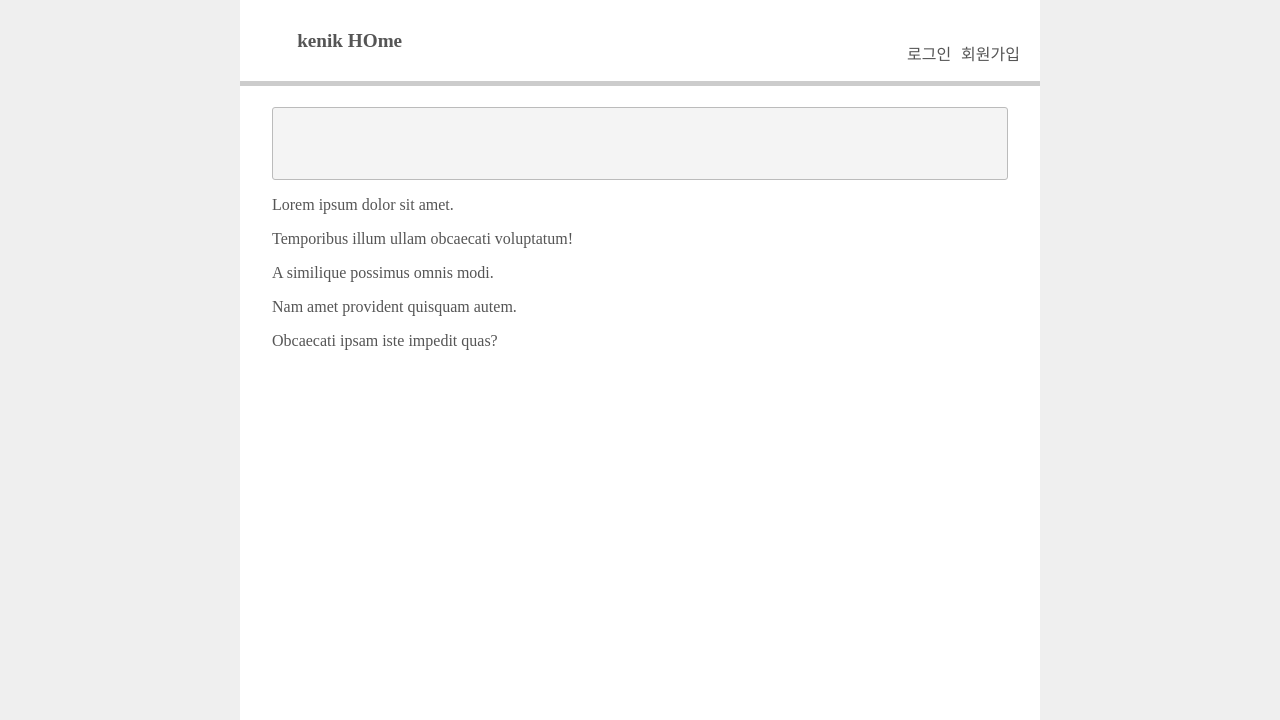
Repository: Deneb0000/WebClass
Page: webPro/src/main/webapp/jquery/days10/ex02_02.html
An editor plug-in stored every save of this project. The page is shown before and after the next save, followed by the edit.
The browser window is 1280 px wide. The pictures show the whole page.
Some web fonts or font styles are not loaded; a fallback is used.

Above is the page before, as saved 2024-10-14 03:27:50.
Console error: SyntaxError: Unexpected string

### webPro/src/main/webapp/jquery/days10/ex02_02.html
<!DOCTYPE html>
<html>
<head>
<meta charset="UTF-8">
<title>Insert title here</title>
<link rel="shortcut icon" type="image/x-icon" href="http://localhost/webPro/images/SiSt.ico">
<script src="https://ajax.googleapis.com/ajax/libs/jquery/3.7.1/jquery.min.js"></script>
<meta name="viewport" content="width=device-width, initial-scale=1.0">
<link rel="stylesheet" href="http://localhost/webPro/resources/cdn-main/example.css">
<script src="http://localhost/webPro/resources/cdn-main/example.js"></script>
<style>
 span.material-symbols-outlined{
    vertical-align: text-bottom;
 }
</style>
</head>
<body>
<header>
  <h1 class="main"><a href="#" style="position: absolute;top:30px;">kenik HOme</a></h1>
  <ul>
    <li><a href="#">로그인</a></li>
    <li><a href="#">회원가입</a></li>
  </ul>
</header>
<div>
  <xmp class="code">

  </xmp>
  <p>Lorem ipsum dolor sit amet.</p>
  <p>Temporibus illum ullam obcaecati voluptatum!</p>
  <p>A similique possimus omnis modi.</p>
  <p>Nam amet provident quisquam autem.</p>
  <p>Obcaecati ipsam iste impedit quas?</p>
<script>
  /*
  $("p").css("border", "1px solid, red")
        .css("padding", "10px")
        */
  $("p").css({
    "border":"1px solid, red",
    "padding": "10px"
  })

  //첫번째 p태크에 배경색을 빨간색
  $("p:first").css("background-color", "red")''
</script>

</div>
</body>
</html>

### webPro/src/main/webapp/resources/cdn-main/example.css
@charset "UTF-8";

@import url('https://fonts.googleapis.com/css2?family=Material+Symbols+Outlined:opsz,wght,FILL,GRAD@20..48,100..700,0..1,-50..200');

@font-face {
    font-family: 'GmarketSansMedium';
    src: url('https://cdn.jsdelivr.net/gh/projectnoonnu/noonfonts_2001@1.1/GmarketSansMedium.woff') format('woff');
    font-weight: normal;
    font-style: normal;
}

:root {
	--text-color: #555;
	--sub-text-color: #777;
	--back-color: #EFEFEF;
	--header-color: #444;
	--primary-color: #DEDEDE;
	--secondary-color: #EFEFEF;
	--default-width: 800px;
	--narrow-width: 500px;
	--wide-width: 1200px;
	--text-font: 'GmarketSansMedium';
	--icon-font: 'Material Symbols Outlined';
	--border-color: #CCC;
}

html, body {
	margin: 0;
	padding: 0;
}

html {
	background-color: var(--back-color);
	display: flex;
	justify-content: center;
	min-height: 100vh;
}

body, body.default {
	width: var(--default-width);
	background-color: white;
	padding-bottom: 120px;
}

body.wide {
	width: var(--wide-width);
}

body.narrow {
	width: var(--narrow-width);
}



body, p, div, span, a, input, select, option, textarea, button, table, th, td, label, fieldset, legend {
	font-family: var(--text-font);
	color: var(--text-color);
}

h1, h2, h3 {
	font-family: var(--text-font);
	color: var(--header-color);
	padding: 0 1rem;
	padding-top: .5rem;
}

div > h1, div > h2, div > h3 {
	padding: 0;
}

body > div, body > main > div {
	padding: 0.3rem 1rem;
}


h1 { font-size: 2rem; border-bottom: 1px solid var(--border-color); }
h1 small { font-size: 1.2rem; color: var(--sub-text-color); }
h2 { font-size: 1.5rem; border-bottom: 1px dashed var(--border-color); }
h2 small { font-size: 1.1rem; color: --sub-text-color; }
h3 { font-size: 1.2rem; }
h3 small { font-size: 1rem; color: --sub-text-color; }



h1.main::before {
	font-family: var(--icon-font);
  	content: '\e666';
  	margin-right: 10px;
  	float: left;
	font-size: 2.5rem;
}

h1.sub::before {
	font-family: var(--icon-font);
  	content: '\ea19';
  	margin-right: 10px;
  	float: left;
	font-size: 2.5rem;
}


h1.page::before {
	font-family: var(--icon-font);
  	content: '\e0e0';
  	margin-right: 10px;
  	float: left;
	font-size: 2.5rem;
}

body > header > ul > li > .active{
	background-color: #FFF;
	color:#F00;
}

body > header {
	display: flex;
	justify-content: space-between;
	border-bottom: 5px solid var(--border-color);
	min-height: 74px;
	background-color: #FFF;
}

body > header.sticky {
	position: sticky;
	top: 0;
	z-index: 98;
}

body > header > h1 {
	font-size: 1.2rem;
	border: 0;
}

body > header.in > h1::before {
	font-family: var(--icon-font);
  	content: '\e332‥';
  	margin-right: 3px;
  	float: left;
	font-size: 2rem;
}


body > header > ul {
	list-style-type: none;
	display: flex;
	align-items: flex-end;
	margin-right: 10px;
}

body > header > ul > li {
	margin-right: 10px;
	cursor: pointer;
}

body > header > ul > li > a {
	cursor: pointer;
}


form {
	display: block;
}

form > div {
	padding: 0.3rem 1rem;
}

div > form > div {
	padding: 0.3rem 0;
}

input, textarea, button, select {
	border: 1px solid #BBB;
	border-radius: 3px;
	outline: none;
	resize: none;
	padding: 7px;
	margin: 0;
}

input[type=text]:read-only, textarea:read-only {
	cursor: not-allowed;
	background-color: #FFF;
}

input[type=text]:disabled, textarea:disabled {
	cursor: not-allowed;
	background-color: #EEE;
}

input[type=text], input[type=password], textarea, button, select {
	/* width: 300px; */
}

textarea {
	display: block;
	height: 100px;
}

input[type=button], input[type=submit], button {
	/* width: inherit; */
}

input.short, textarea.short, button.short, select.short {
	width: 100px;
}

input.long, textarea.long, button.long, select.long {
	width: 350px;
}

.narrow input.long, .narrow textarea.long, .narrow button.long, .narrow select.long {
	width: calc(100% - 20px);
}

input.full, textarea.full, button.full, select.full {
	width: calc(100% - 20px);
}

textarea.short {
	height: 50px;
}

textarea.long {
	height: 100px;
}

textarea.full {
	height: 200px;
}

input, textarea {
	padding-top: 8px;
}

input[type=button], input[type=submit], button {
	padding: 5px 10px;
	background-color: var(--secondary-color);
	cursor: pointer;
	min-height: 36px;
}

input[type=button].primary, input[type=submit].primary, button.primary {
	/* background-color: rgba(100, 149, 237, .2); */
	background-color: var(--primary-color);
}

input[type=button].primary:hover, input[type=submit].primary:hover, button.primary:hover {
	/* background-color: rgba(100, 149, 237, .3); */
	background-color: var(--secondary-color);
}

input[type=button]:hover, input[type=submit]:hover, button:hover {
	background-color: var(--primary-color);
}

button {
	position: relative;
	left: 0;
	top: 0;
	padding-left: 35px;
}

button .material-symbols-outlined {
	position: absolute;
	left: 10px;
	top: 4px;
}

/* k2nik add */
button.login::before {
	font-family: var(--icon-font);
  	content: '\ea77';
	position: absolute;
	left: 11px;
	top: 4px;
	font-size: 1.25rem;
}

/* k2nik logout */
button.logout::before {
	font-family: var(--icon-font);
  	content: '\e9ba';
	position: absolute;
	left: 11px;
	top: 4px;
	font-size: 1.25rem;
}

/* k2nik help */
button.help::before {
	font-family: var(--icon-font);
  	content: '\f1c0';
	position: absolute;
	left: 11px;
	top: 4px;
	font-size: 1.25rem;
}

button.add::before{
	font-family: var(--icon-font);
  	content: '\e746';
	position: absolute;
	left: 11px;
	top: 4px;
	font-size: 1.25rem;
}

button.back::before {
	font-family: var(--icon-font);
  	content: '\e166';
	position: absolute;
	left: 11px;
	top: 4px;
	font-size: 1.25rem;
}

button.list::before {
	font-family: var(--icon-font);
  	content: '\e0ee';
	position: absolute;
	left: 11px;
	top: 4px;
	font-size: 1.25rem;
}


button.del::before {
	font-family: var(--icon-font);
  	content: '\e872';
	position: absolute;
	left: 11px;
	top: 4px;
	font-size: 1.25rem;
}


button.edit::before {
	font-family: var(--icon-font);
  	content: '\e745';
	position: absolute;
	left: 11px;
	top: 4px;
	font-size: 1.25rem;
}


button.login::before {
	font-family: var(--icon-font);
  	content: '\ea77';
	position: absolute;
	left: 11px;
	top: 4px;
	font-size: 1.25rem;
}


button.logout::before {
	font-family: var(--icon-font);
  	content: '\e9ba';
	position: absolute;
	left: 11px;
	top: 4px;
	font-size: 1.25rem;
}


button.in::before {
	font-family: var(--icon-font);
  	content: '\f71a';
	position: absolute;
	left: 11px;
	top: 4px;
	font-size: 1.25rem;
}


button.out::before {
	font-family: var(--icon-font);
  	content: '\f70e';
	position: absolute;
	left: 11px;
	top: 4px;
	font-size: 1.25rem;
}


button.reply::before {
	font-family: var(--icon-font);
  	content: '\e15e';
	position: absolute;
	left: 11px;
	top: 4px;
	font-size: 1.25rem;
}


button.comment::before {
	font-family: var(--icon-font);
  	content: '\e0b9';
	position: absolute;
	left: 11px;
	top: 4px;
	font-size: 1.25rem;
}


button.modal::before {
	font-family: var(--icon-font);
  	content: '\e89e';
	position: absolute;
	left: 11px;
	top: 4px;
	font-size: 1.25rem;
}


button.ok::before {
	font-family: var(--icon-font);
  	content: '\e86c';
	position: absolute;
	left: 11px;
	top: 4px;
	font-size: 1.25rem;
}


button.cancel::before {
	font-family: var(--icon-font);
  	content: '\e5c9';
	position: absolute;
	left: 11px;
	top: 4px;
	font-size: 1.25rem;
}

button.search::before {
	font-family: var(--icon-font);
  	content: '\e8b6';
	position: absolute;
	left: 11px;
	top: 4px;
	font-size: 1.25rem;
}

button.home::before {
	font-family: var(--icon-font);
  	content: '\e88a';
	position: absolute;
	left: 11px;
	top: 4px;
	font-size: 1.25rem;
}


button.sidebar::before {
	font-family: var(--icon-font);
  	content: '\f7e4';
	position: absolute;
	left: 11px;
	top: 4px;
	font-size: 1.25rem;
}


button.sidebar-right::before {
	font-family: var(--icon-font);
  	content: '\f7e5';
	position: absolute;
	left: 11px;
	top: 4px;
	font-size: 1.25rem;
}




button::before {
	font-family: var(--icon-font);
  	content: '\e323';
	position: absolute;
	left: 11px;
	top: 4px;
	font-size: 1.25rem;
}


table {
	border-collapse: collapse;
	margin: 1rem;
	box-sizing: border-box;
	width: calc(100% - 32px);
}

table.content {
	width: auto;
}

div > table {
	margin: 0;
}

table th, table td {
	border: 1px solid var(--border-color);
	padding: 7px;
	font-weight: normal;
}

table th {
	background-color: var(--back-color);
}

table.vertical th {
	width: 150px;
}

table.vertical td {
	width: calc(100% - 182px);
	padding-left: 10px;
}

table.content td, table.content th {
	width: auto;
}

body.narrow table.vertical th {
	width: 100px;
}

body.narrow table.vertical td {
	width: calc(100% - 182px);
}


table + table {
	margin-top: 30px;
}


p {
	padding: 0 1rem;
}

a {
	text-decoration: none;
}

a:hover {
	color: rgba(255, 99, 71, .7);
}

hr {
	border: 0;
	border-top: 1px solid var(--border-color);
	margin: 2rem 0;
}

.message {
	border: 1px solid var(--border-color);
	background-color: #EFEFEF;
	margin: 1rem;
	width: auto;
	padding-top: 10px;
	padding-bottom: 10px;
	font-size: 14px;
}

.message[title]::before {
	content: attr(title);
	display: block;
	border-bottom: 1px solid var(--border-color);
	padding-bottom: 5px;
	margin-bottom: 10px;
	margin-top: 7px;
}

.message.short {
	max-width: 250px;
}

.message.long {
	max-width: 500px;
}

.badge {
	float: right;
	font-size: .8rem;
	margin-top: 2px;
	margin-right: 2px;
	text-shadow: 0 0 7px gray;
}

.badge.left {
	float: none;
	margin-left: 2px;
}

.badge.right {
	float: right;
}

.badge.red {
	border-radius: 50%;
	padding: 2px 5px;
	background-color: rgb(255, 99, 71, .3);
}

.badge.yellow {

	border-radius: 50%;
	padding: 2px 5px;
	background-color: rgb(255, 215, 0, .5);
}

.badge.blue {
	border-radius: 50%;
	padding: 2px 5px;
	background-color: rgb(100, 149, 237, .3);
}

label + label {
	margin-left: 7px;
}

label input[type=checkbox], label input[type=radio] {
	transform: translate(0, 1px);
}

.group {
	display: flex;
}

.modal-content .group {
	margin-bottom: .5rem;
}

.group label {
	border: 1px solid #BBB;
	border-radius: 3px;
	outline: none;
	resize: none;
	padding: 7px 14px;
	margin: 0;
	border-top-right-radius: 0;
	border-bottom-right-radius: 0;
	background-color: #EFEFEF;
	white-space: nowrap;
	font-size: 14px;
}

.group input[type=text] {
	margin-left: -1px;
	border-top-left-radius: 0;
	border-bottom-left-radius: 0;
}

.group select {
	margin-left: -1px;
	border-top-left-radius: 0;
	border-bottom-left-radius: 0;
}

.group input.full[type=text] {
	margin-left: -1px;
	border-top-left-radius: 0;
	border-bottom-left-radius: 0;
	width: 100%;
}

.group input[type=button]:first-child, .group button:first-child {
	border-top-left-radius: 3px;
	border-bottom-left-radius: 3px;
	margin-left: 0px;
}

.group input[type=button], .group button {
	border-radius: 0;
	margin-left: -1px;
}

.group input[type=button]:last-child, .group button:last-child {
	margin-left: -1px;
	border-top-right-radius: 3px;
	border-bottom-right-radius: 3px;
}

.seperate {
	display: flex;
	justify-content: space-between;
}

div.list {
	width: max-content;
	margin: 1rem;
	border: 1px solid #BBB;
	border-radius: 3px;
	padding: 0;
}

div.list.full {
	width: auto;
	display: block;
	margin: 1rem;
	border: 1px solid #BBB;
	border-radius: 3px;
	padding: 0;
}

div.list > div {
	padding: .5rem 1rem;
	margin: 0;
	border-bottom: 1px solid #BBB;
}

div.list > div:last-child {
	border-bottom: 0;
}

pre.code , xmp.code{
	font-family: consols;
	background-color: rgba(150, 150, 150, .1);
	border: 1px solid #BBB;
	border-radius: 3px;
	padding: .5rem 1rem;
	padding-bottom: .6rem;
	margin: 1rem;
}




*[data-modal-window] {
	position: fixed;
	background-color: rgba(0, 0, 0, .3);
	left: 0;
	top: 0;
	display: none;
	justify-content: center;
	align-items: flex-start;
	width: 100%;
	min-height: 100vh;
	z-index: 100;
	opacity: 0;
	transition: 500ms all;
}

*[data-modal-window] .modal-container {
	border-radius: 5px;
	padding: 1rem;
	padding-bottom: .5rem;
	margin-top: -500px;
	opacity: 0;
	width: 500px;
	background-color: #FFF;
	margin-right: 2rem;
	transition: 500ms all;
}

*[data-modal-size=content] .modal-container {
	width: auto;
}

*[data-modal-size=narrow] .modal-container {
	width: 300px;
}

*[data-modal-size=wide] .modal-container {
	width: 760px;
}


*[data-modal-window] .modal-header {
	border-bottom: 1px solid var(--border-color);
	padding: 2px 5px;
}

*[data-modal-window] .modal-content {
	padding: 1rem 5px;
}

*[data-modal-window] .modal-content div:last-child {
	margin-top: 1rem;
	text-align: right;
}



*[data-sidebar-window] {
	position: fixed;
	background-color: #FFF;
	left: 0;
	top: 0;
	display: block;
	width: 300px;
	border-right: 1px solid var(--border-color);
	box-sizing: border-box;
	box-shadow: 0 0 3px var(--back-color);
	min-height: 100vh;
	z-index: 99;
	transform: translate(-300px, 0);
	transition-duration: 500ms;
	transition-property: transform;
}

*[data-sidebar-direction=right] {
	left: auto;
	right: 0;
	transform: translate(300px, 0);
	border-left: 1px solid var(--border-color);
}

*[data-sidebar-size=wide] {
	width: 500px;
	transform: translate(-500px, 0);
}

*[data-sidebar-window] .sidebar-title {
	border-bottom: 1px solid var(--border-color);
	margin-top: 20px;
	margin-bottom: 20px;
	padding-bottom: 5px;
	display: flex;
	justify-content: space-between;
}

*[data-sidebar-window] .sidebar-title span:last-child {
	cursor: pointer;
}


/* K2Nik pagination */
.center {
  text-align: center;
}

.pagination {
  display: inline-block;
}

.pagination a {
  color: black;
  float: left;
  padding: 3px 6px;
  text-decoration: none;
  transition: background-color .3s;
  border: 1px solid #ddd;
  margin: 0 3px;
}

.pagination a.active {
  background-color: #4CAF50;
  color: white;
  border: 1px solid #4CAF50;
}

.pagination a:hover:not(.active) {background-color: #ddd;}

### webPro/src/main/webapp/resources/cdn-main/example.js

window.onload = () => {

    const list = document.querySelectorAll('input, textarea');

    list.forEach(item => {
        item.setAttribute('autocomplete', 'off');
    });


    const modal_btn_list = document.querySelectorAll('*[data-modal-button]');

    modal_btn_list.forEach(item => {
        item.onclick = function() {

            const name = this.dataset['modalButton'];
            const modal_window = document.querySelector('*[data-modal-window=' + name);

            const container = document.createElement('div');
            container.className = 'modal-container';



            const modal_header = document.createElement('div');
            modal_header.textContent = modal_window.dataset['modalTitle'];
            modal_header.className = 'modal-header';
            container.appendChild(modal_header);

            const modal_content = document.createElement('div');
            modal_content.className = 'modal-content';
            container.appendChild(modal_content);

            Array.from(modal_window.childNodes).forEach(item => {
                modal_content.appendChild(item);
            });

            modal_window.appendChild(container);

            modal_window.style.display = 'flex';

            setTimeout(() => {
                modal_window.style.opacity = 1;
                container.style.marginTop = '20px';
                container.style.opacity = 1;
            }, 50);


            const modal_ok = document.querySelector('*[data-modal-ok=' + name);
            modal_ok.addEventListener('click', function() {
                modal_window.style.opacity = 0;
                container.style.marginTop = '-500px';
                container.style.opacity = 0;

                setTimeout(() => {
                    modal_window.innerHTML = modal_content.innerHTML;
                    modal_window.style.display = 'none';
                }, 500);

            });

            const modal_cancel = document.querySelector('*[data-modal-cancel=' + name);
            modal_cancel.addEventListener('click', function() {

                modal_window.style.opacity = 0;
                container.style.marginTop = '-500px';
                container.style.opacity = 0;

                setTimeout(() => {
                    modal_window.innerHTML = modal_content.innerHTML;
                    modal_window.style.display = 'none';
                }, 500);
            });


        };
    });


    const sidebar_btn_list = document.querySelectorAll('*[data-sidebar-button]');

    sidebar_btn_list.forEach(item => {
        item.onclick = function() {



            const name = this.dataset['sidebarButton'];
            const sidebar_window = document.querySelector('*[data-sidebar-window=' + name);

            if (sidebar_window.style.transform == 'translate(0px, 0px)') return;



            sidebar_window.style.transform = 'translate(0, 0)';

            const sidebar_title = document.createElement('div');
            sidebar_title.className = 'sidebar-title';
            sidebar_title.innerHTML = '<span>' + sidebar_window.dataset['sidebarTitle'] + '</span><span class="material-symbols-outlined">close</span>';

            sidebar_title.children[1].onclick = function() {

                let sign = 1;
                let distance = 300;

                if (sidebar_window.dataset['sidebarDirection'] != 'right') {
                    sign = -1;
                } else {
                    sign = 1;
                }

                if (sidebar_window.dataset['sidebarSize'] != 'wide') {
                    distance = 300;
                } else {
                    distance = 500;
                }

                distance *= sign;

                sidebar_window.style.transform = 'translate(' + distance + 'px, 0)';

                setTimeout(function() {
                    sidebar_window.removeChild(sidebar_window.children[0]);
                }, 500);
            };


            sidebar_window.prepend(sidebar_title);

        }
    });

};

// window.onkeydown = function(event) {

//     if (event.keyCode == 27) {
//         if (document.querySelector('[data-modal-window').style.display == 'flex') {
//             document.querySelector('[data-modal-window').style.display = 'none';
//         }
//     }

// };

After the next save:
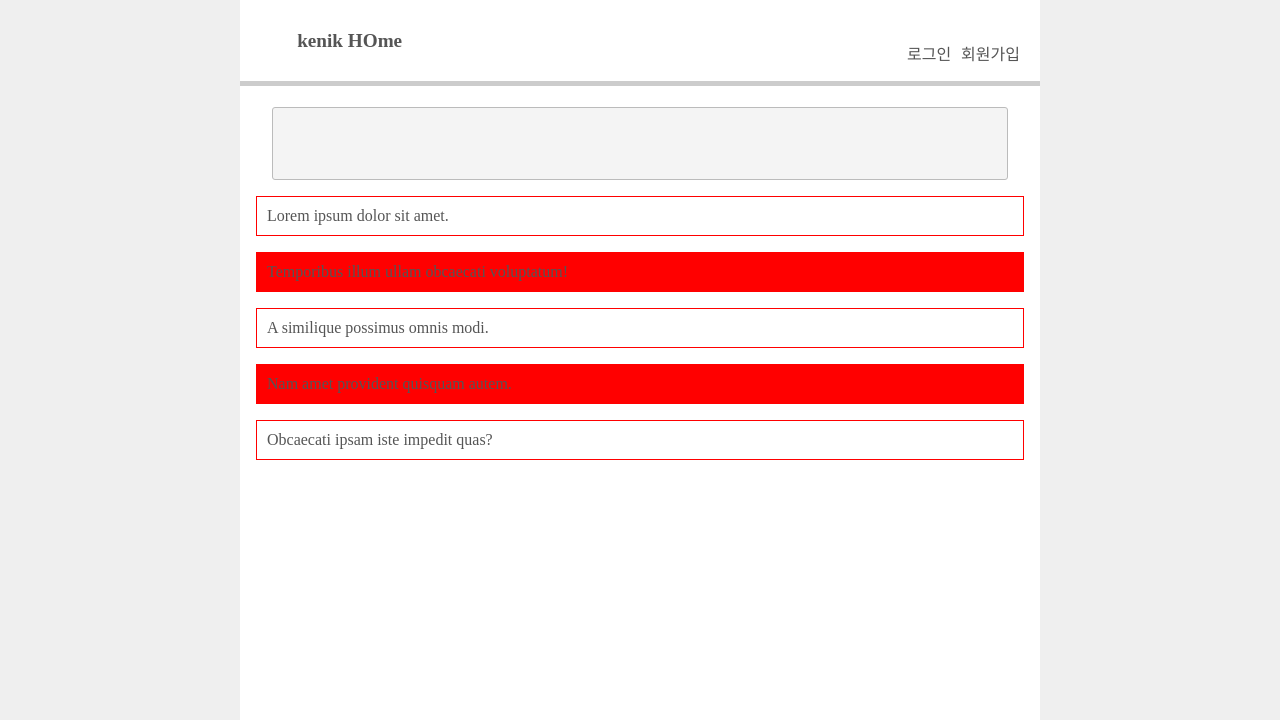
The error is gone.
Saved 16 s later.
--- a/webPro/src/main/webapp/jquery/days10/ex02_02.html
+++ b/webPro/src/main/webapp/jquery/days10/ex02_02.html
@@ -42,7 +42,11 @@
   })
 
   //첫번째 p태크에 배경색을 빨간색
-  $("p:first").css("background-color", "red")''
+  // $("p:first").css("background-color", "red");
+
+  // $("p:even").css("background-color", "red");
+  $("p:odd").css("background-color", "red");
+
 </script>
 
 </div>
